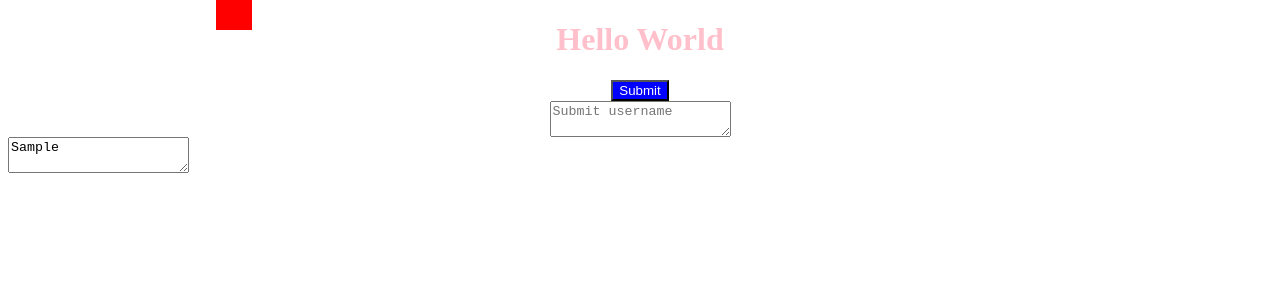
Repository: Flamemaster921/Feature-Showcase
Page: Index/firstPage/Website.html
These files come from the project's save history. The page is drawn as it stood at one moment and after the next save; the edit follows.
The browser window is 1280 px wide. The pictures show the whole page.
Empty fields were first filled with sample values (such as "Sample", 5 or name@example.com).
After loading, the first visible `#submitButton` was clicked once.

Above is the page before, as saved 2025-12-15 15:16:10.

After the next save:
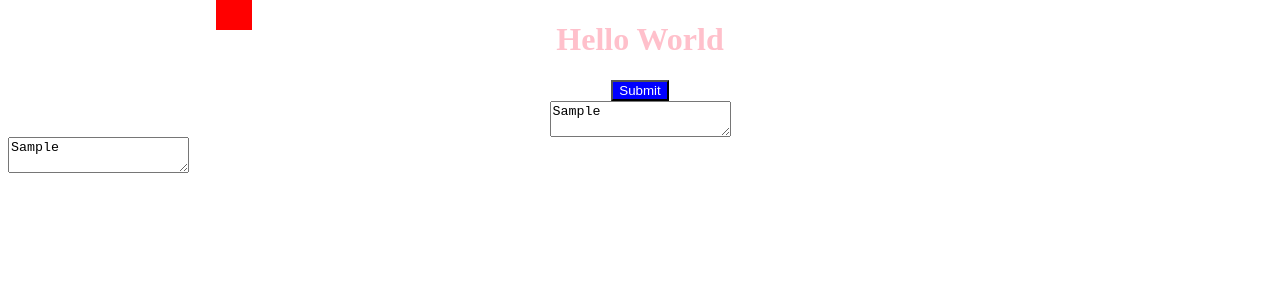
Saved 8 s later.
--- a/Index/firstPage/System.js
+++ b/Index/firstPage/System.js
@@ -6,9 +6,8 @@
 button.addEventListener("click", () => {
     const textarea = document.getElementById("usernameBox");
     if (textarea.value === "") {
-    nameDisplay.value = textarea.value;
-    }
     console.log(textarea.value);
     textarea.value = "";
-
+    }
+    nameDisplay.value = textarea.value;
 });

After the 2 saves that followed:
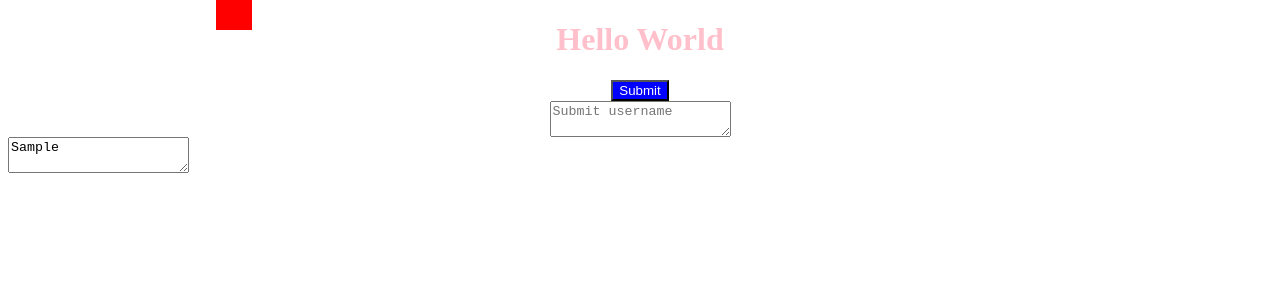
The 2 saves are shown as one change because 1 left the picture as it was.
The last was saved 61 s later.
--- a/Index/firstPage/System.js
+++ b/Index/firstPage/System.js
@@ -5,9 +5,8 @@
 
 button.addEventListener("click", () => {
     const textarea = document.getElementById("usernameBox");
-    if (textarea.value === "") {
-    console.log(textarea.value);
+    if (textarea.value !== "") {
+    nameDisplay.value = textarea.value;
     textarea.value = "";
     }
-    nameDisplay.value = textarea.value;
 });
